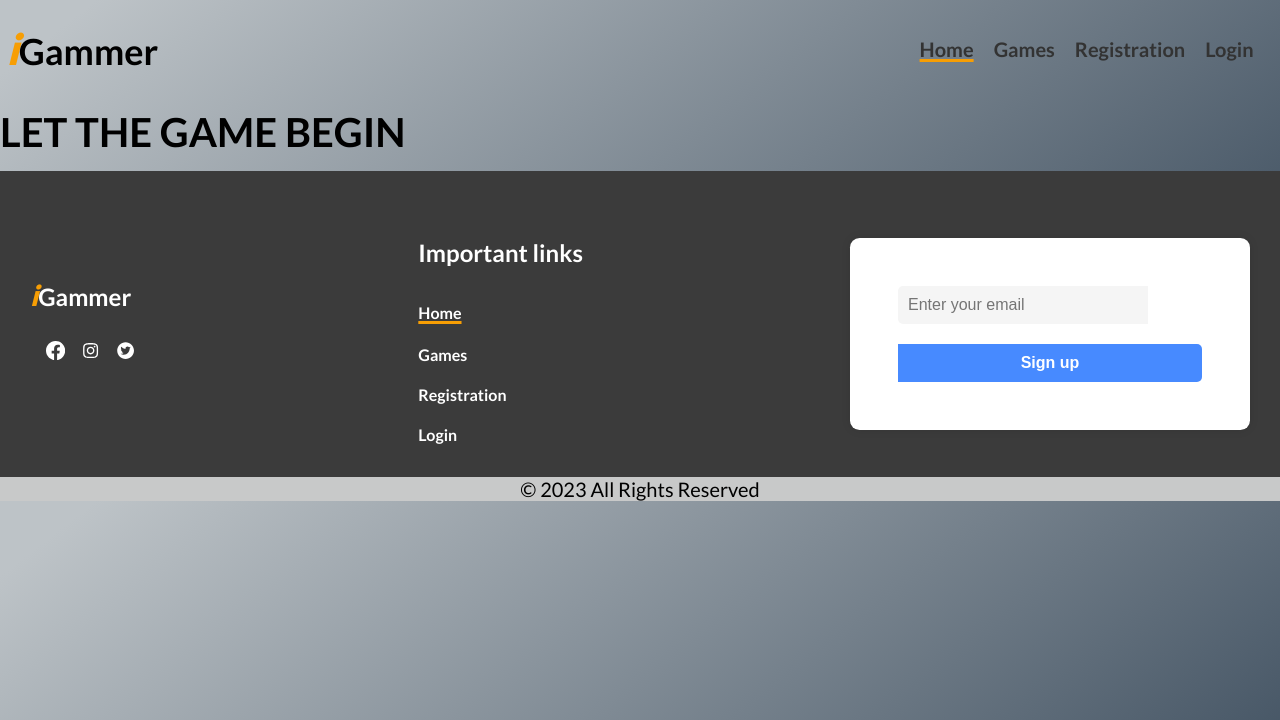
Repository: DannyMyles/iGammer
Page: /
An editor plug-in stored every save of this project. The page is shown before and after the next save, followed by the edit.
The browser window is 1280 px wide. The pictures show the whole page.
The project was rebuilt for these pictures with package versions that can differ from the ones it lists, and the page was loaded fresh each time. Also part of the build but not shown: src/pages/games/games.css, src/pages/games/Games.tsx, src/pages/home/home.css, src/pages/login/Login.tsx, src/pages/playgame/playgame.css, src/pages/playgame/PlayGame.tsx, src/pages/register/register.css, src/pages/register/Register.tsx.

Above is the page before, as saved 2023-03-16 13:22:52.

### public/index.html
<!DOCTYPE html>
<html lang="en">
  <head>
    <meta charset="utf-8" />
    <link rel="icon" href="%PUBLIC_URL%/favicon.ico" />
    <meta name="viewport" content="width=device-width, initial-scale=1" />
    <meta name="theme-color" content="#000000" />
    <meta
      name="description"
      content="Web site created using create-react-app"
    />
    <link rel="apple-touch-icon" href="%PUBLIC_URL%/logo192.png" />

    <link rel="manifest" href="%PUBLIC_URL%/manifest.json" />
    <title>iGammer</title>
  </head>
  <body>
    <div id="root"></div>
  </body>
</html>

### src/index.tsx
import React from "react";
import ReactDOM from "react-dom/client";
import "./index.css";
import App from "./App";
import { BrowserRouter } from "react-router-dom";
const root = ReactDOM.createRoot(
  document.getElementById("root") as HTMLElement
);
root.render(
  <React.StrictMode>
    <BrowserRouter>
      <App />
    </BrowserRouter>
  </React.StrictMode>
);

### src/index.css
@import url('https://fonts.googleapis.com/css2?family=Lato:wght@100;300;400;700;900&display=swap');
* {
	box-sizing: border-box;

}
body {
	margin: 0;
	padding: 0;
	background: linear-gradient(#bdc3c7 → #2c3e50);
	background: linear-gradient(142deg, #bdc3c7 5%, #2c3e50 100%);
	align-items: center;
	flex-direction: column;
	font-family: 'Lato', sans-serif;
	line-height: 1.5rem;
	font-size: 20px;
}
.i-word{
	font-style: italic;
	font-size: larger;
	font-weight: 900;
	color: rgb(247, 158, 4);
  }

### src/App.tsx
import { Route, Routes } from "react-router-dom";
import Games from "./pages/games/Games";
import Home from "./pages/home/Home";
import Login from "./pages/login/Login";
import PlayGame from "./pages/playgame/PlayGame";
import Register from "./pages/register/Register";

function App() {
  const handleRegistration = (
    firstName: string,
    lastName: string,
    email: string,
    password: string
  ) => {
    // Handle registration logic here
    console.log(firstName, lastName, email, password);
  };

  const handleSubmit = (email: string, password: string) => {
    // Handle login logic here
    console.log("Email:", email);
    console.log("Password:", password);
  };

  return (
    <Routes>
      <Route path="/" element={<Home />} />
      <Route path="/games" element={<Games />} />
      <Route path="/play" element={<PlayGame />} />
      <Route path="/login" element={<Login onSubmit={handleSubmit} />} />
      <Route
        path="/registration"
        element={<Register onSubmit={handleRegistration} />}
      />
    </Routes>
  );
}

export default App;

### src/pages/home/Home.tsx
import Footer from "../../components/footer/Footer"
import Navbar from "../../components/navbar/Navbar"
import "./home.css"

const Home = () => {
  return (
    <>
      <Navbar />
      <div className="main-home">
      <h1>LET THE GAME BEGIN</h1>
      </div>
      <Footer />
    </>
  )
}

export default Home

### src/components/footer/Footer.tsx
/* eslint-disable jsx-a11y/anchor-is-valid */
import "./footer.css";
import { BsFacebook } from "react-icons/bs";
import { AiOutlineInstagram,AiFillTwitterCircle } from "react-icons/ai";
import { NavLink } from "react-router-dom";
const Footer = () => {
  return (
    <>
      <footer className="footer">
        <div className="logo-side">
          <div className="logo"><span className="i-word">i</span>Gammer</div>
          <div className="social-media">
            <a href="#"> <BsFacebook /></a>
            <a href="#"> <AiOutlineInstagram /> </a>
            <a href="#"><AiFillTwitterCircle/> </a>
          </div>
        </div>
        <div className="important-links">
          <h2>Important links</h2>
          <NavLink to="/" className="nav-link"> Home </NavLink>
          <NavLink to="/games" className="nav-link"> Games </NavLink>
          <NavLink to="/registration" className="nav-link"> Registration </NavLink>
          <NavLink to="/login" className="nav-link"> Login </NavLink>
        </div>
        <div className="signup-footer">
          <form>
            <input type="email" placeholder="Enter your email" />
            <button type="submit">Sign up</button>
          </form>
        </div>
      </footer>
      <div className="copyright">© 2023 All Rights Reserved</div>
    </>
  );
};

export default Footer;

### src/components/navbar/Navbar.tsx
import "./navbar.css";
import { NavLink } from "react-router-dom";

const Navbar = () => {
  return (
    <nav className="nav">
      <div className="main-nav">
        <div className="logo">
          <h1><span className="i-word">i</span>Gammer</h1>
        </div>
        <div className="links">
          <ul className="nav-list">
            <li>
              <NavLink to="/"  className="nav-link">
                Home
              </NavLink>
            </li>
            <li>
              <NavLink to="/games" className="nav-link">
                Games
              </NavLink>
            </li>
            <li>
              <NavLink to="/registration" className="nav-link">
                Registration
              </NavLink>
            </li>
            <li>
              <NavLink to="/login" className="nav-link">
                Login
              </NavLink>
            </li>
          </ul>
        </div>
      </div>
    </nav>
  );
};

export default Navbar;

### src/pages/login/login.css
.login-container {
    display: flex;
    justify-content: center;
    align-items: center;
    height: 100vh;
    background-color: #f2f2f2;
  }
  .login-form h2 {
    margin-bottom: 20px;
    margin-top: 0;
  }
  form {
    display: flex;
    flex-direction: column;
    text-align: left;
    width: 400px;
    padding: 3rem;
    background-color: white;
    border-radius:.6rem;
    box-shadow: 0px 0px 10px rgba(0, 0, 0, 0.1);
}

  label {
    margin-bottom: .5rem;
    font-weight: bold;
    font-size: 1.2rem;
    text-align: left;
  }

  input {
    width: 100%;
    padding: 10px;
    margin-bottom: 20px;
    border-radius: 5px;
    border: none;
    background-color: #f5f5f5;
    font-size: 16px;
  }
  input:focus{
    outline: rgb(253, 252, 252);
    border:1px solid #bebcbc;
  }

  button {
    width: 100%;
    padding: 10px;
    border-radius: 5px;
    border: none;
    background-color: #0077cc;
    color: white;
    font-size: 16px;
    font-weight: bold;
    cursor: pointer;
  }

  button:hover {
    background-color: #0066b3;
  }

### src/components/footer/footer.css
/* Footer styles */
.footer {
    background-color: #3b3b3b;
    color: #fff;
    padding: 30px;
    display: flex;
    flex-wrap: wrap;
    justify-content: space-between;
    font-size: 16px;
    align-items: center;
  }

  .logo-side {
    display: flex;
    flex-direction: column;
    flex-wrap: wrap;
    align-items: center;
    gap: 2rem;
  }

  .logo {
    font-weight: bold;
    font-size: 24px;
    margin-right: 20px;
  }

  .social-media {
    display: flex;
    gap: 1rem;
  }

  .social-media a {
    color: #fff;
    font-size: larger;
  }

  .important-links {
    display: flex;
    flex-direction: column;
    margin-top: 20px;
    gap: 1rem;
  }

  .important-links a {
    color: #fff;
    margin-right: 20px;
    text-decoration: none;
  }

  .signup-footer {
    margin-top: 20px;
    display: flex;
    flex-wrap: wrap;
    align-items: center;
  }

  .signup-footer input[type="email"] {
    padding: 10px;
    border: none;
    border-radius: 5px 0 0 5px;
    width: 250px;
    margin-right: -5px;
  }

  .signup-footer button[type="submit"] {
    background-color: #478aff;
    color: #fff;
    border: none;
    padding: 10px;
    border-radius: 0 5px 5px 0;
    cursor: pointer;
  }
  .copyright{
    background-color: #c8c9c9;
    text-align: center;
  }
  /* Media query for small screens */
  @media (max-width: 768px) {
    .footer {
      flex-direction: column;
      align-items: center;
    }

    .logo-side, .important-links, .signup-footer {
      margin-top: 20px;
    }

    .signup-footer input[type="email"] {
      width: 100%;
      margin-right: 0;
      margin-bottom: 10px;
    }
  }

### src/components/navbar/navbar.css
.main-nav{
    display: flex;
    justify-content: space-between;
    align-items: center;
    margin: .4rem;
}
.nav-list {
  display: flex;
  list-style: none;
  margin: 0;
  padding: 0;
  color: rgb(247, 158, 4);
}
.nav-link {
  color: #333;
  display: block;
  font-weight: bold;
  margin-right: 20px;
  text-decoration: none;
}

.nav-link.active {
  font-weight: bold;
  padding: 0 0 2px;
  text-decoration: 3px underline rgb(247, 158, 4);
}

After the next save:
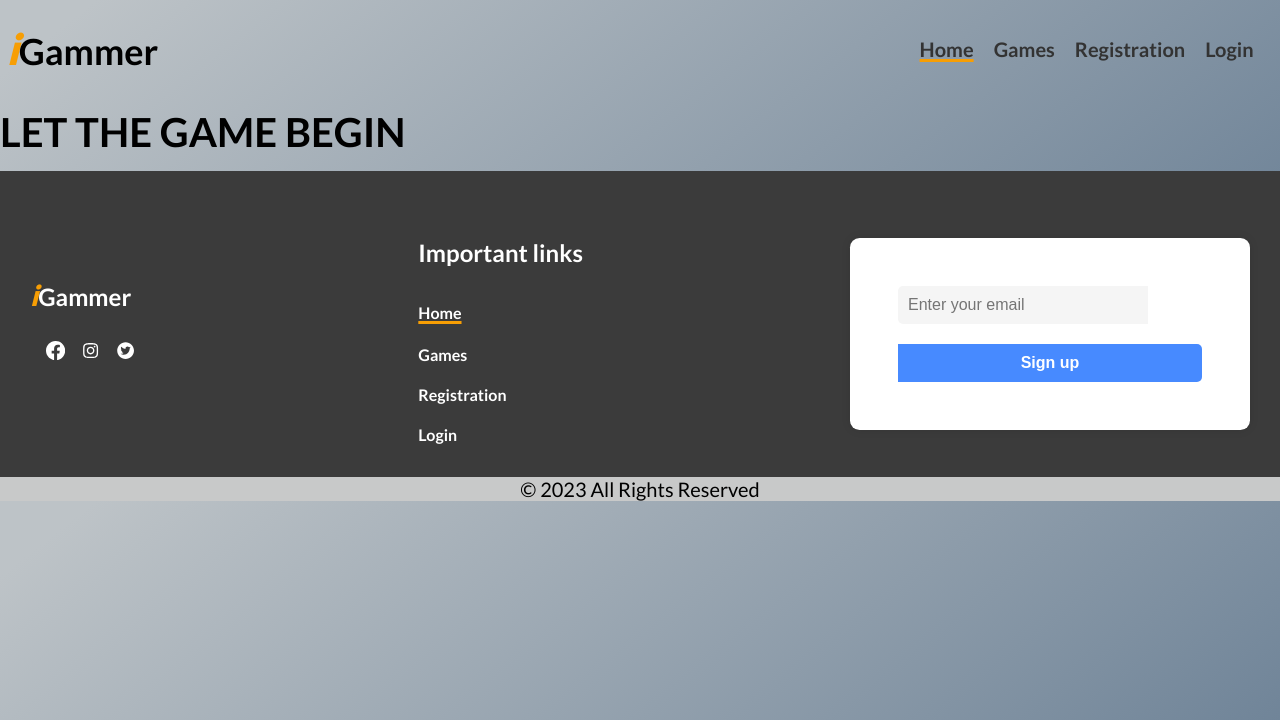
Saved 10 s later.
--- a/src/index.css
+++ b/src/index.css
@@ -7,7 +7,7 @@ body {
 	margin: 0;
 	padding: 0;
 	background: linear-gradient(#bdc3c7 → #2c3e50);
-	background: linear-gradient(142deg, #bdc3c7 5%, #2c3e50 100%);
+	background: linear-gradient(142deg, #bdc3c7 5%, #5d758d 100%);
 	align-items: center;
 	flex-direction: column;
 	font-family: 'Lato', sans-serif;
